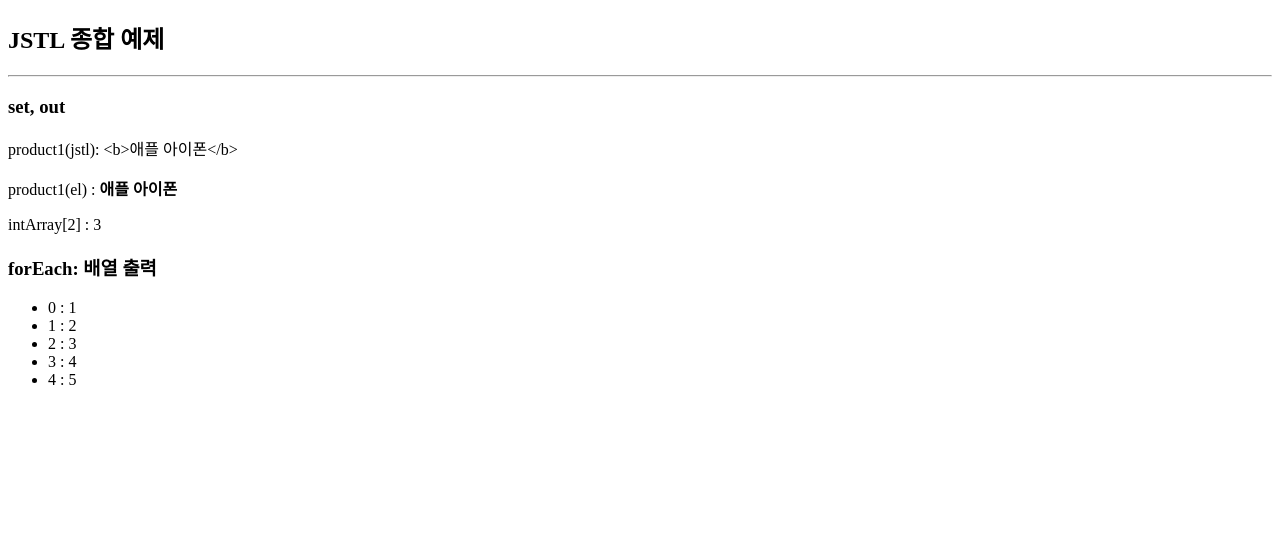
Repository: VvsJaemin/jsp-spring
Page: http://localhost/jwbook/ch07/jstlExam.jsp
An editor plug-in stored every save of this project. The page is shown before and after the next save, followed by the edit.
The browser window is 1280 px wide. The pictures show the whole page.
The page is served by Tomcat 9. Other server files are loaded and not shown.

Above is the page before, as saved 2021-12-20 13:38:21.

### jwbook/src/main/webapp/ch07/jstlExam.jsp
<%@ page language="java" contentType="text/html; charset=UTF-8"
	pageEncoding="UTF-8"%>
<%@ taglib uri="http://java.sun.com/jsp/jstl/core" prefix="c"%>
<!DOCTYPE html>
<html>
<head>
<meta charset="UTF-8">
<title>Insert title here</title>
</head>
<body>
	<h2>JSTL 종합 예제</h2>
	<hr>
	<h3>set, out</h3>
	<c:set var="product1" value="<b>애플 아이폰</b>" />
	<c:set var="product2" value="삼성 갤럭시 노트" />
	<c:set var="intArray" value="${[1,2,3,4,5] }" />

	<p>
		product1(jstl):
		<c:out value="${product1 }" default="Not registered" escapeXml="true"/>
	</p>

	<p>
		product1(el) : ${product1 }
	</p>

	<p>
		intArray[2] : ${intArray[2]}
	</p>

	<h3>forEach: 배열 출력</h3>
	<ul>
		<c:forEach var="num" varStatus="i" items="${intArray }">
			<li>${i.index } : ${num }</li>
		</c:forEach>
	</ul>
</body>
</html>

After the next save:
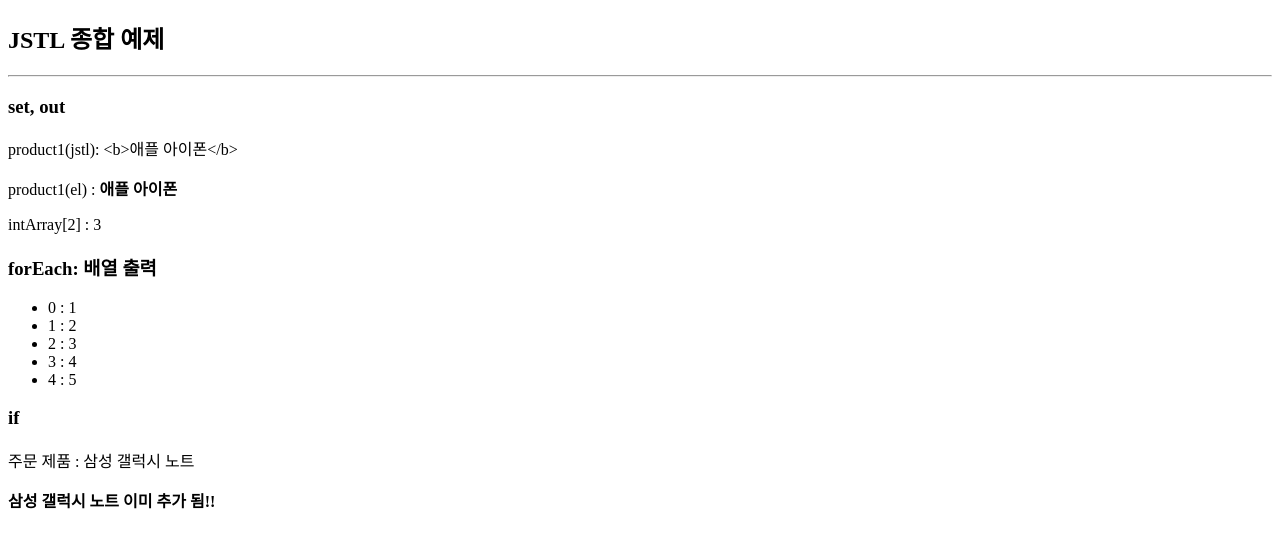
Saved 2 min 36 s later.
--- a/jwbook/src/main/webapp/ch07/jstlExam.jsp
+++ b/jwbook/src/main/webapp/ch07/jstlExam.jsp
@@ -34,5 +34,19 @@
 			<li>${i.index } : ${num }</li>
 		</c:forEach>
 	</ul>
+
+	<h3>if</h3>
+	<c:set var="checkout" value="true"/>
+	<c:if test="${checkout }">
+		<p> 주문 제품 : ${product2 }</p>
+	</c:if>
+
+	<c:if test="${!checkout }">
+		<p>주문 제품이 아님!!</p>
+	</c:if>
+
+	<c:if test="${!empty product2 }">
+		<b>${product2 } 이미 추가 됨!!</b>
+	</c:if>
 </body>
 </html>
